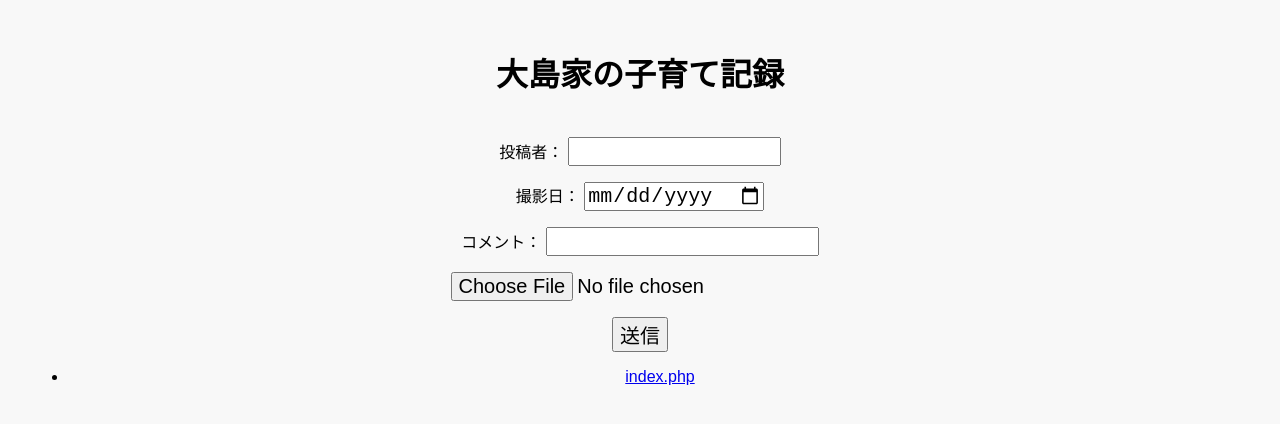
Repository: daidai0602/gs_kadai_questionnaire
Page: http://localhost/post.php
An editor plug-in stored every save of this project. The page is shown before and after the next save, followed by the edit.
The browser window is 1280 px wide. The pictures show the whole page.
The page is run by PHP 8.4 with error messages shown; the project is at /var/www/html/.

Above is the page before, as saved 2023-11-15 22:41:38.

### post.php
<!DOCTYPE html>
<html lang="ja">
<head>
  <meta charset="UTF-8">
  <title>Document</title>
  <style>
    body {
      font-family: Arial, Helvetica, sans-serif;
      background-color: #f8f8f8;;
      padding: 20px;
      text-align: center;
    }
    h1 {
      padding-bottom: 20px;
    }
    input{

      font-size: 20px;
    }

  </style>
</head>
<body>
  <h1>大島家の子育て記録</h1>
  <form action="write.php" method="post" enctype="multipart/form-data">
    <p>投稿者： <input type="text" name="name" size="15"></p>
    <p>撮影日： <input type="date" name="date"></p>
    <p>コメント： <input type="text" name="comment" size="20" ></p>
    <p><input type="file" name="upload_image"accept=".jpg,.jpeg,.png" required></p>
    <p><input type="submit" class="btn_submit" value="送信"></p>
  </form>
  <ul>
    <li><a href="index.php">index.php</a></li>
  </ul>
</body>
</html>

After the next save:
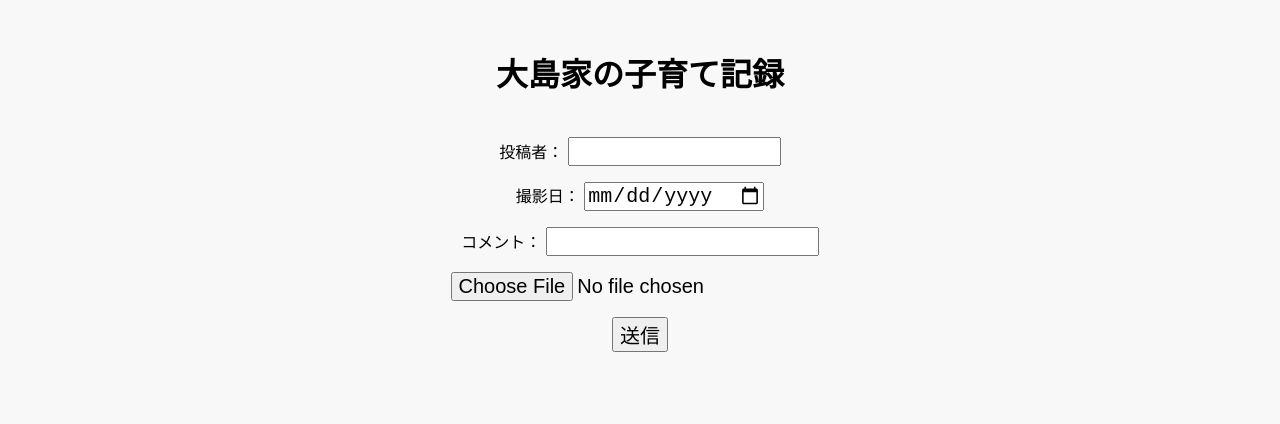
Saved 20 s later.
--- a/post.php
+++ b/post.php
@@ -29,8 +29,5 @@
     <p><input type="file" name="upload_image"accept=".jpg,.jpeg,.png" required></p>
     <p><input type="submit" class="btn_submit" value="送信"></p>
   </form>
-  <ul>
-    <li><a href="index.php">index.php</a></li>
-  </ul>
 </body>
 </html>
